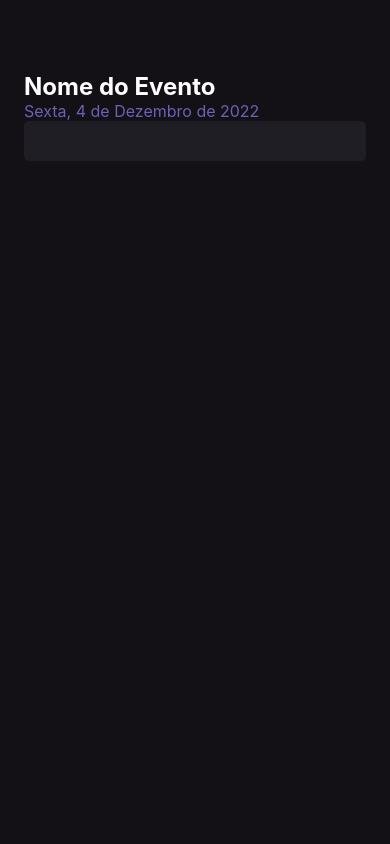
Repository: guilhermecardoso93/reactNative-ignite-imhere
Screen: /
The author's editor kept a copy of each file at every save. The screen is drawn from the files as they stood at one save, then again after the next save.
The app was drawn by React Native's web renderer in a window 390 px wide. The project was rebuilt for these pictures with package versions that can differ from the ones it lists, and the page was loaded fresh each time.

Above is the screen before, as saved 2022-10-02 19:31:14.

After the next save:
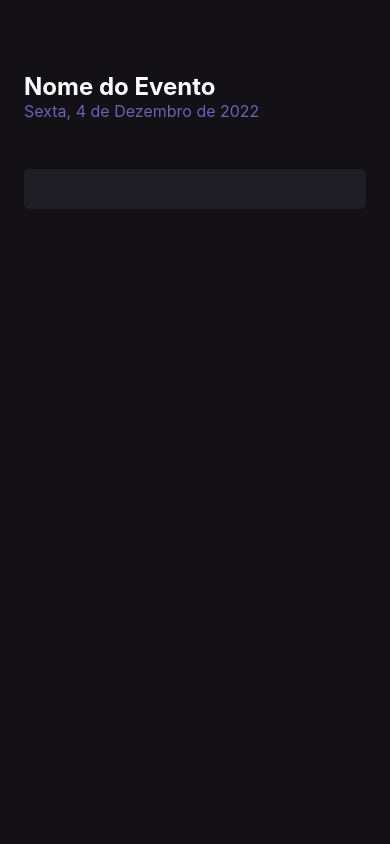
Saved 7 s later.
--- a/src/screens/Home/styles.ts
+++ b/src/screens/Home/styles.ts
@@ -21,6 +21,7 @@ export const styles = StyleSheet.create({
     color:'#FFF',
     height: 40,
     borderRadius: 5,
-    padding:16
+    padding:16,
+    marginTop: 48
   }
 });
